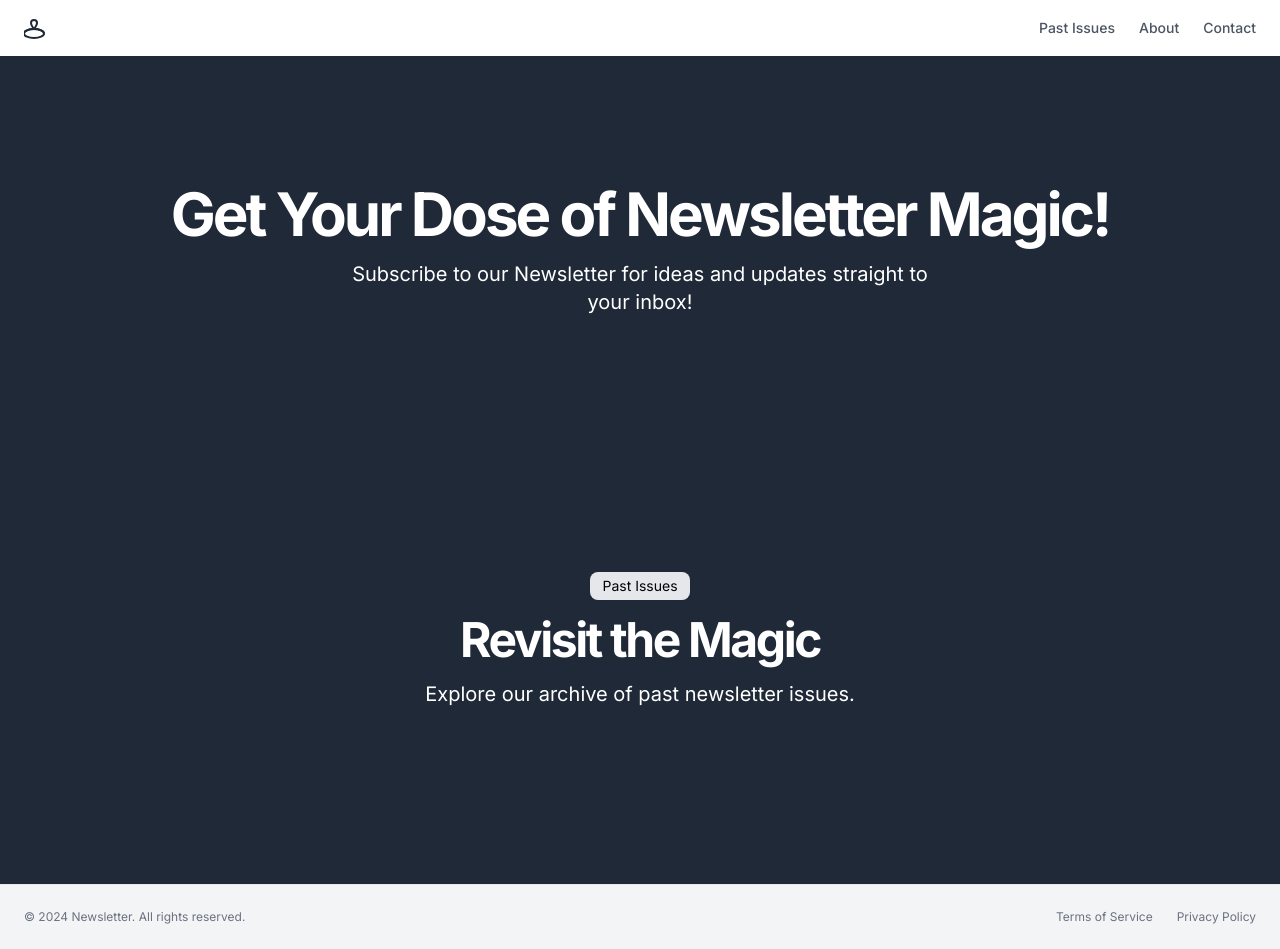
Repository: djdjdallas/unicorn-poop-newsletter
Page: /
These files come from the project's save history. The page is drawn as it stood at one moment and after the next save; the edit follows.
The browser window is 1280 px wide. The pictures show the whole page.
The page's requests for data from a server got no answer. The project was rebuilt for these pictures with package versions that can differ from the ones it lists, and the page was loaded fresh each time. The framework's server and built-in components were replaced by stand-ins that run in the browser. No one was signed in, and anything a server would have sent is missing. Also part of the build but not shown: next.config.mjs, src/lib/utils.js, src/components/ui/input.jsx, src/components/ui/button.jsx, src/components/ui/card.jsx.

Above is the page before, as saved 2024-08-11 21:44:58.

### src/app/layout.js
import { Inter } from "next/font/google";
import "./globals.css";

const inter = Inter({ subsets: ["latin"] });

export const metadata = {
  title: "🦄 Unicorn Poop",
  description: "Magical SaaS ideas and sparkly insights for entrepreneurs",
};

export default function RootLayout({ children }) {
  return (
    <html lang="en">
      <body className={inter.className}>{children}</body>
    </html>
  );
}

### src/app/page.js
import { createClient } from "@supabase/supabase-js";
import Link from "next/link";
import { Input } from "@/components/ui/input";
import { Button } from "@/components/ui/button";
import {
  Card,
  CardHeader,
  CardTitle,
  CardDescription,
  CardContent,
  CardFooter,
} from "@/components/ui/card";

// Initialize Supabase client
const supabase = createClient(
  process.env.NEXT_PUBLIC_SUPABASE_URL,
  process.env.NEXT_PUBLIC_SUPABASE_ANON_KEY
);

function UnicornIcon(props) {
  return (
    <svg
      {...props}
      xmlns="http://www.w3.org/2000/svg"
      width="24"
      height="24"
      viewBox="0 0 24 24"
      fill="none"
      stroke="currentColor"
      strokeWidth="2"
      strokeLinecap="round"
      strokeLinejoin="round"
    >
      <path d="M20 17.5c0 2.485-4.477 4.5-10 4.5S0 19.985 0 17.5 4.477 13 10 13s10 2.015 10 4.5Z" />
      <path d="M10 13s3-4 3-6c0-1.655-1.345-3-3-3S7 5.345 7 7c0 2 3 6 3 6Z" />
      <path d="M20 17.5c0-2.485-4.477-4.5-10-4.5S0 15.015 0 17.5" />
    </svg>
  );
}

// You'll need to create this as a separate Client Component
// import NewsletterSignup from "@/components/NewsletterSignup";

export default async function Home() {
  // Fetch issues from Supabase
  const { data: issues, error } = await supabase
    .from("newsletters")
    .select("title, description, slug, published_at")
    .order("published_at", { ascending: false });

  if (error) {
    console.error("Error fetching issues:", error);
  }

  return (
    <div className="flex flex-col min-h-dvh bg-white">
      <header className="px-4 lg:px-6 h-14 flex items-center bg-white">
        <Link href="/" className="flex items-center justify-center">
          <UnicornIcon className="size-6 text-gray-800" />
          <span className="sr-only">Newsletter</span>
        </Link>
        <nav className="ml-auto flex gap-4 sm:gap-6">
          <Link
            href="#past-issues"
            className="text-sm font-medium text-gray-600 hover:text-gray-900 hover:underline underline-offset-4"
          >
            Past Issues
          </Link>
          <Link
            href="#"
            className="text-sm font-medium text-gray-600 hover:text-gray-900 hover:underline underline-offset-4"
          >
            About
          </Link>
          <Link
            href="#"
            className="text-sm font-medium text-gray-600 hover:text-gray-900 hover:underline underline-offset-4"
          >
            Contact
          </Link>
        </nav>
      </header>

      <main className="flex-1">
        <section className="w-full py-12 md:py-24 lg:py-32 bg-gray-800">
          <div className="container px-4 md:px-6 space-y-8 lg:space-y-12">
            <div className="flex flex-col items-center justify-center text-center space-y-4">
              <h1 className="text-3xl font-bold tracking-tighter sm:text-4xl md:text-5xl lg:text-6xl text-white">
                Get Your Dose of Newsletter Magic!
              </h1>
              <p className="max-w-[600px] text-white md:text-xl">
                Subscribe to our Newsletter for ideas and updates straight to
                your inbox!
              </p>
              {/* <NewsletterSignup /> */}
            </div>
          </div>
        </section>

        {issues && issues.length > 0 && (
          <section className="w-full py-12 md:py-24 lg:py-32">
            <div className="container px-4 md:px-6 space-y-8 lg:space-y-12">
              <div className="flex flex-col items-center justify-center text-center space-y-4">
                <div className="inline-block rounded-lg bg-gray-200 px-3 py-1 text-sm text-gray-700">
                  Latest Issue
                </div>
                <h2 className="text-3xl font-bold tracking-tighter sm:text-4xl md:text-5xl text-gray-900">
                  {issues[0].title}
                </h2>
                <p className="max-w-[700px] text-gray-600 md:text-xl">
                  {issues[0].description}
                </p>
              </div>
              <div className="text-center">
                <Link
                  href={`/issues/${issues[0].slug}`}
                  className="inline-block bg-gray-800 text-white px-6 py-3 rounded-lg hover:bg-gray-700 transition-colors"
                >
                  Read Latest Issue
                </Link>
              </div>
            </div>
          </section>
        )}

        <section
          id="past-issues"
          className="w-full py-12 md:py-24 lg:py-32 bg-gray-800"
        >
          <div className="container px-4 md:px-6 space-y-8 lg:space-y-12">
            <div className="flex flex-col items-center justify-center text-center space-y-4">
              <div className="inline-block rounded-lg bg-gray-200 px-3 py-1 text-sm text-[#010203]">
                Past Issues
              </div>
              <h2 className="text-3xl font-bold tracking-tighter sm:text-4xl md:text-5xl text-white">
                Revisit the Magic
              </h2>
              <p className="max-w-[700px] text-white md:text-xl">
                Explore our archive of past newsletter issues.
              </p>
            </div>
            <div className="grid grid-cols-1 sm:grid-cols-2 lg:grid-cols-3 gap-6">
              {issues &&
                issues.map((issue) => (
                  <Card key={issue.slug} className="bg-white">
                    <CardHeader>
                      <CardTitle className="text-gray-900">
                        {issue.title}
                      </CardTitle>
                      <CardDescription className="text-gray-600">
                        {issue.description}
                      </CardDescription>
                    </CardHeader>
                    <CardContent>
                      <p className="text-sm text-gray-500">
                        Published on:{" "}
                        {new Date(issue.published_at).toLocaleDateString()}
                      </p>
                    </CardContent>
                    <CardFooter>
                      <Link
                        href={`/issues/${issue.slug}`}
                        className="text-gray-700 hover:text-gray-900 hover:underline"
                      >
                        Read Issue
                      </Link>
                    </CardFooter>
                  </Card>
                ))}
            </div>
          </div>
        </section>
      </main>

      <footer className="flex flex-col gap-2 sm:flex-row py-6 w-full shrink-0 items-center px-4 md:px-6 border-t border-gray-200 bg-gray-100">
        <p className="text-xs text-gray-500">
          &copy; 2024 Newsletter. All rights reserved.
        </p>
        <nav className="sm:ml-auto flex gap-4 sm:gap-6">
          <Link
            href="#"
            className="text-xs text-gray-500 hover:text-gray-700 hover:underline underline-offset-4"
          >
            Terms of Service
          </Link>
          <Link
            href="#"
            className="text-xs text-gray-500 hover:text-gray-700 hover:underline underline-offset-4"
          >
            Privacy Policy
          </Link>
        </nav>
      </footer>
    </div>
  );
}

Loaded but not shown: src/app/globals.css (common file); tailwind.config.js (common file)

After the next save:
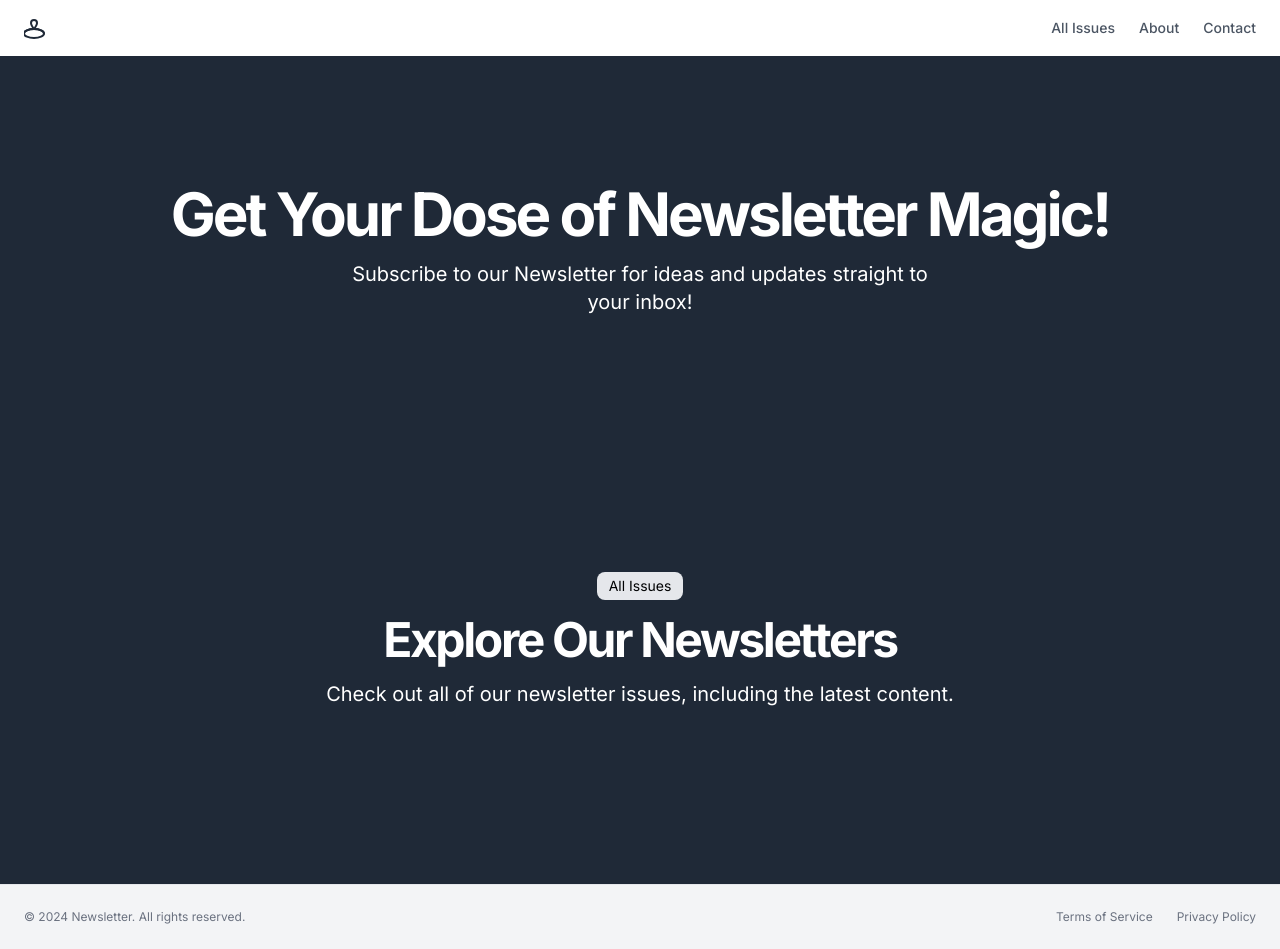
Saved 4 min 57 s later.
--- a/src/app/page.js
+++ b/src/app/page.js
@@ -42,10 +42,10 @@ function UnicornIcon(props) {
 // import NewsletterSignup from "@/components/NewsletterSignup";
 
 export default async function Home() {
-  // Fetch issues from Supabase
+  // Fetch all issues from Supabase
   const { data: issues, error } = await supabase
     .from("newsletters")
-    .select("title, description, slug, published_at")
+    .select("title, description, slug, published_at, content")
     .order("published_at", { ascending: false });
 
   if (error) {
@@ -61,10 +61,10 @@ export default async function Home() {
         </Link>
         <nav className="ml-auto flex gap-4 sm:gap-6">
           <Link
-            href="#past-issues"
+            href="#all-issues"
             className="text-sm font-medium text-gray-600 hover:text-gray-900 hover:underline underline-offset-4"
           >
-            Past Issues
+            All Issues
           </Link>
           <Link
             href="#"
@@ -124,19 +124,20 @@ export default async function Home() {
         )}
 
         <section
-          id="past-issues"
+          id="all-issues"
           className="w-full py-12 md:py-24 lg:py-32 bg-gray-800"
         >
           <div className="container px-4 md:px-6 space-y-8 lg:space-y-12">
             <div className="flex flex-col items-center justify-center text-center space-y-4">
               <div className="inline-block rounded-lg bg-gray-200 px-3 py-1 text-sm text-[#010203]">
-                Past Issues
+                All Issues
               </div>
               <h2 className="text-3xl font-bold tracking-tighter sm:text-4xl md:text-5xl text-white">
-                Revisit the Magic
+                Explore Our Newsletters
               </h2>
               <p className="max-w-[700px] text-white md:text-xl">
-                Explore our archive of past newsletter issues.
+                Check out all of our newsletter issues, including the latest
+                content.
               </p>
             </div>
             <div className="grid grid-cols-1 sm:grid-cols-2 lg:grid-cols-3 gap-6">
@@ -156,13 +157,17 @@ export default async function Home() {
                         Published on:{" "}
                         {new Date(issue.published_at).toLocaleDateString()}
                       </p>
+                      <div
+                        className="mt-2 text-sm text-gray-700 line-clamp-3"
+                        dangerouslySetInnerHTML={{ __html: issue.content }}
+                      />
                     </CardContent>
                     <CardFooter>
                       <Link
                         href={`/issues/${issue.slug}`}
                         className="text-gray-700 hover:text-gray-900 hover:underline"
                       >
-                        Read Issue
+                        Read Full Issue
                       </Link>
                     </CardFooter>
                   </Card>
